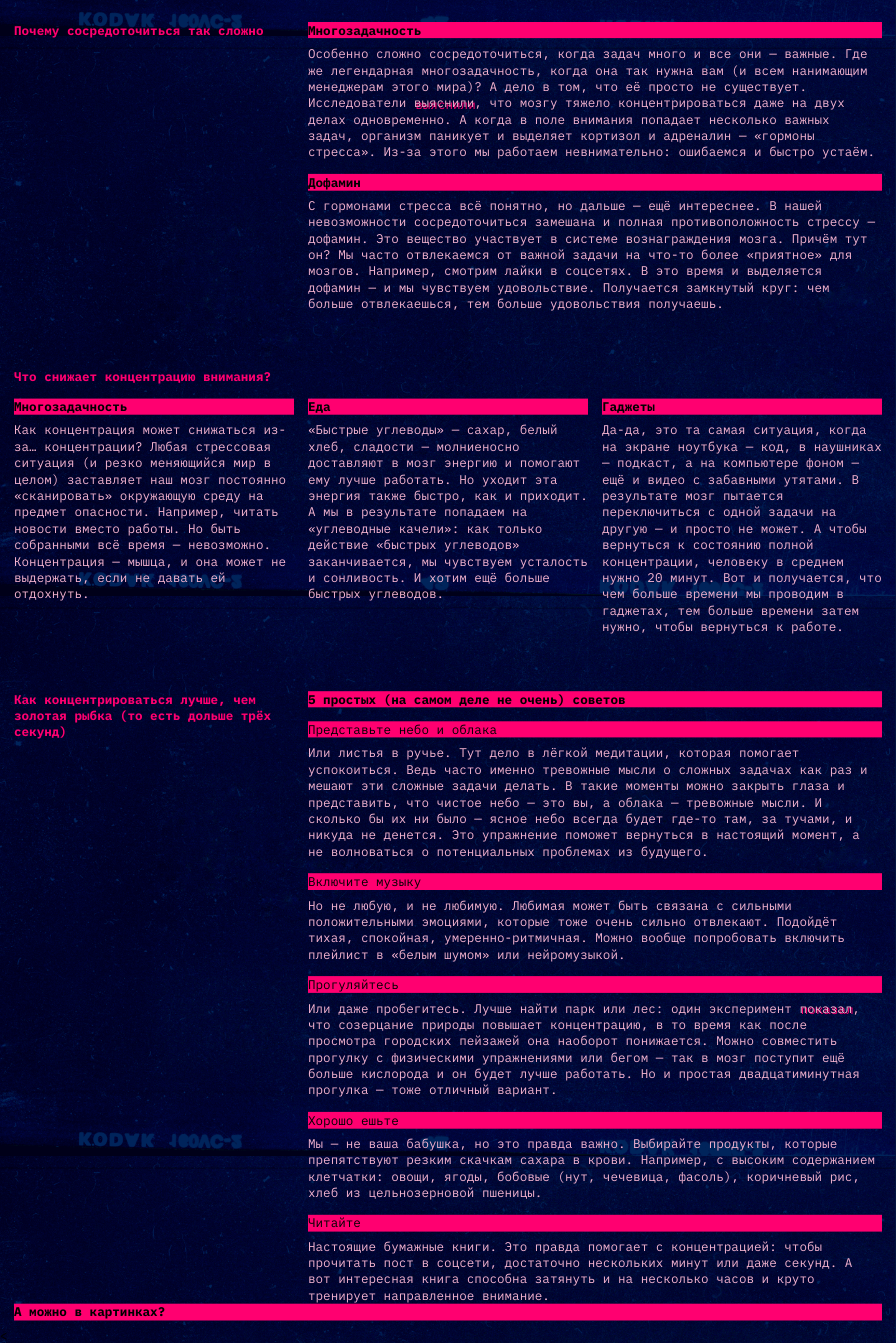
Repository: Hadoooouken/slozhno-sosredotochitsya
Page: index.html
These files come from the project's save history. The page is drawn as it stood at one moment and after the next save; the edit follows.
The browser window is 1280 px wide. The pictures show the part of the page from y = 749 to 2669 px (the page is 2668 px tall before and 2669 px after), at 70% of full size.
Backgrounds fixed to the window are drawn as part of the page.

Above is the page before, as saved 2024-01-22 16:06:15.

After the next save:
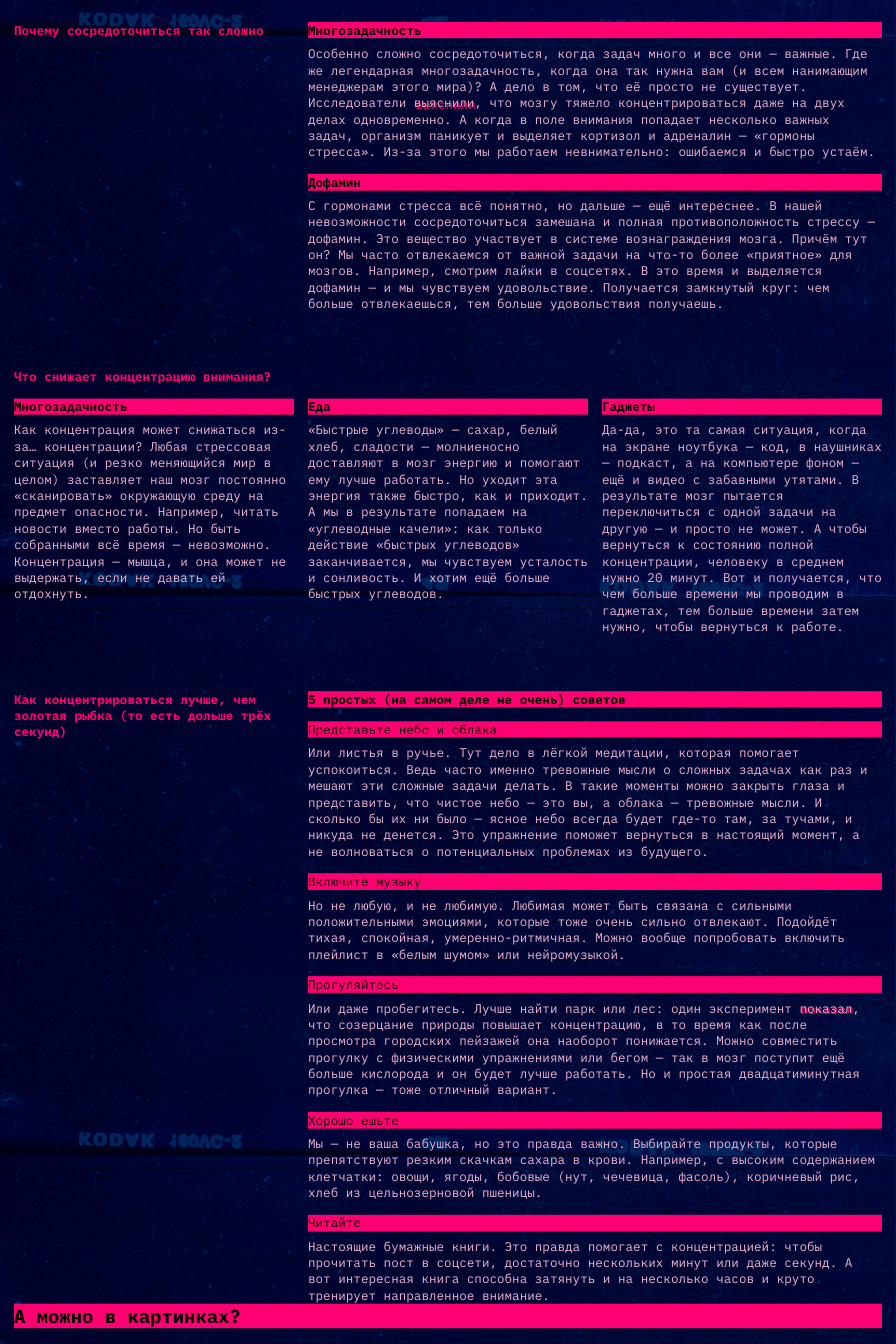
Saved 28 min 1 s later.
--- a/index.html
+++ b/index.html
@@ -189,7 +189,7 @@
         </article>
       </section>
       <section class="section">
-        <h2 class="right__column title_decor">А можно в картинках?</h2>
+        <h2 class=" title_decor">А можно в картинках?</h2>
       </section>
       <
     </main>

After the save that followed:
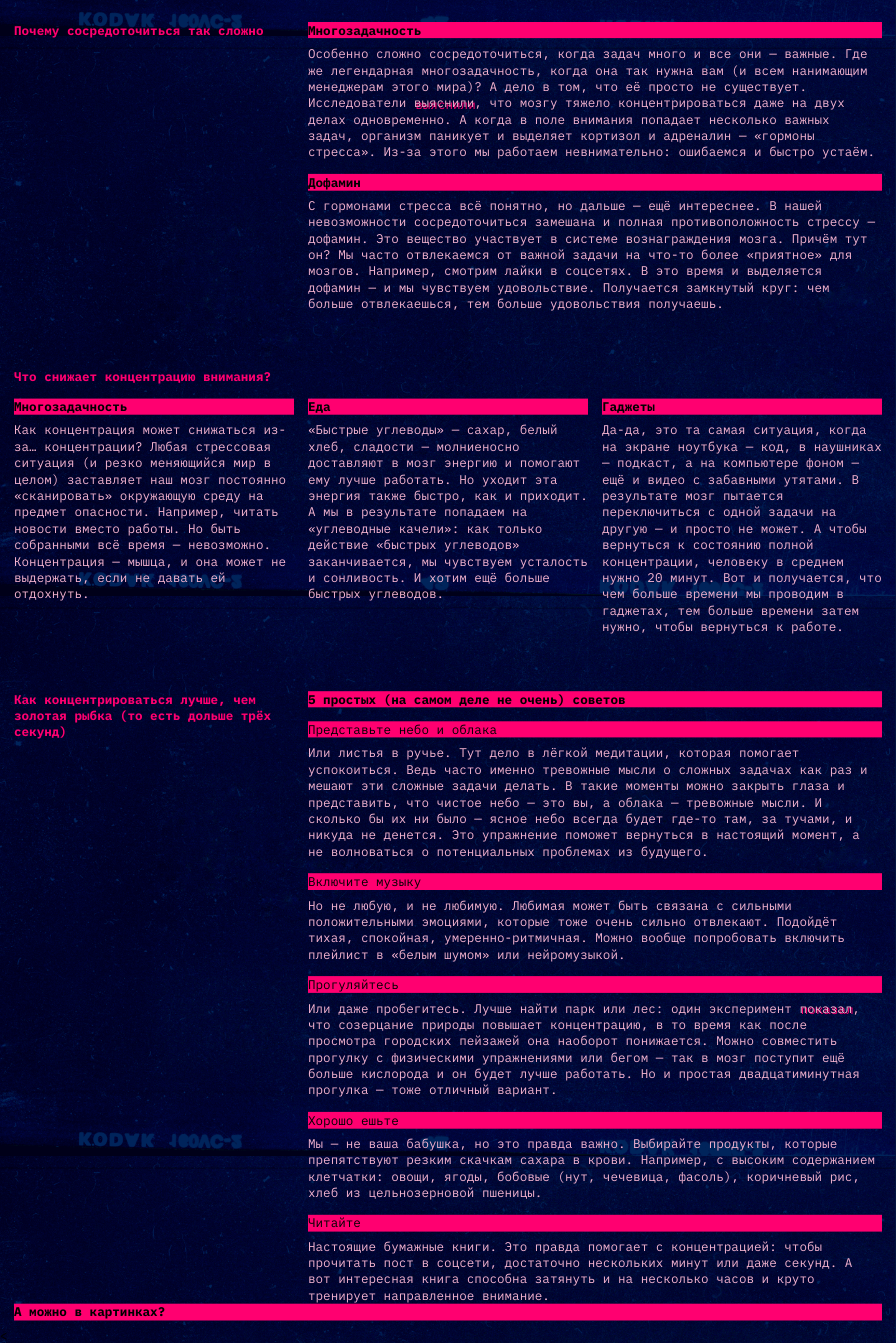
Saved 8 s later.
--- a/index.html
+++ b/index.html
@@ -189,7 +189,7 @@
         </article>
       </section>
       <section class="section">
-        <h2 class=" title_decor">А можно в картинках?</h2>
+        <h2 class="right__column title_decor">А можно в картинках?</h2>
       </section>
       <
     </main>
